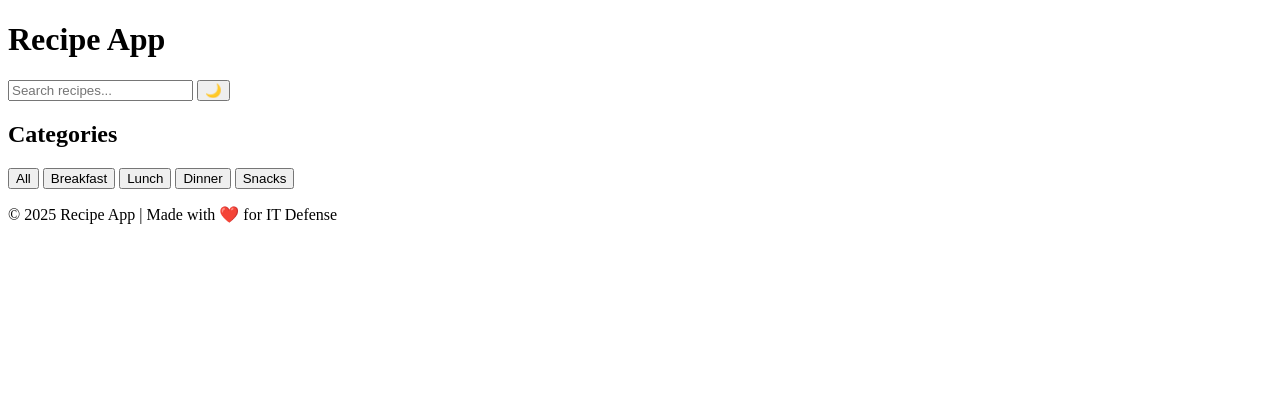
Repository: Patience225/recipe-app
Page: index.html
The author's editor kept a copy of each file at every save. The page is drawn from the files as they stood at one save, then again after the next save.
The browser window is 1280 px wide. The pictures show the whole page.

Above is the page before, as saved 2025-01-27 08:20:33.
Not found: app.js
Not found: style.css

### index.html
<!DOCTYPE html>
<html lang="en">
<head>
  <meta charset="UTF-8">
  <meta name="viewport" content="width=device-width, initial-scale=1.0">
  <title>Recipe App</title>
  <link rel="stylesheet" href="style.css">
</head>
<body>
  <!-- Header -->
  <header>
    <div class="container">
      <h1>Recipe App</h1>
      <input type="text" id="search" placeholder="Search recipes...">
      <button id="theme-toggle">🌙</button>
    </div>
  </header>

  <!-- Main Content -->
  <main>
    <!-- Categories -->
    <section id="categories">
      <h2>Categories</h2>
      <div class="category-buttons">
        <button data-category="All">All</button>
        <button data-category="Breakfast">Breakfast</button>
        <button data-category="Lunch">Lunch</button>
        <button data-category="Dinner">Dinner</button>
        <button data-category="Snacks">Snacks</button>
      </div>
    </section>

    <!-- Recipe List -->
    <section id="recipe-list">
      <!-- Dynamic recipe cards will be inserted here -->
    </section>

    <!-- Recipe Details -->
    <section id="recipe-details" class="hidden">
      <!-- Detailed recipe content will be dynamically added here -->
    </section>
  </main>

  <!-- Footer -->
  <footer>
    <p>&copy; 2025 Recipe App | Made with ❤️ for IT Defense</p>
  </footer>

  <script src="app.js"></script>
</body>
</html>

  <!-- Add this script to the end of your body tag -->
<script>
  if ("serviceWorker" in navigator) {
    window.addEventListener("load", () => {
      navigator.serviceWorker.register("/sw.js").then(
        (registration) => {
          console.log("Service Worker registered with scope:", registration.scope);
        },
        (error) => {
          console.log("Service Worker registration failed:", error);
        }
      );
    });
  }
</script>
</body>
</html>

After the next save:
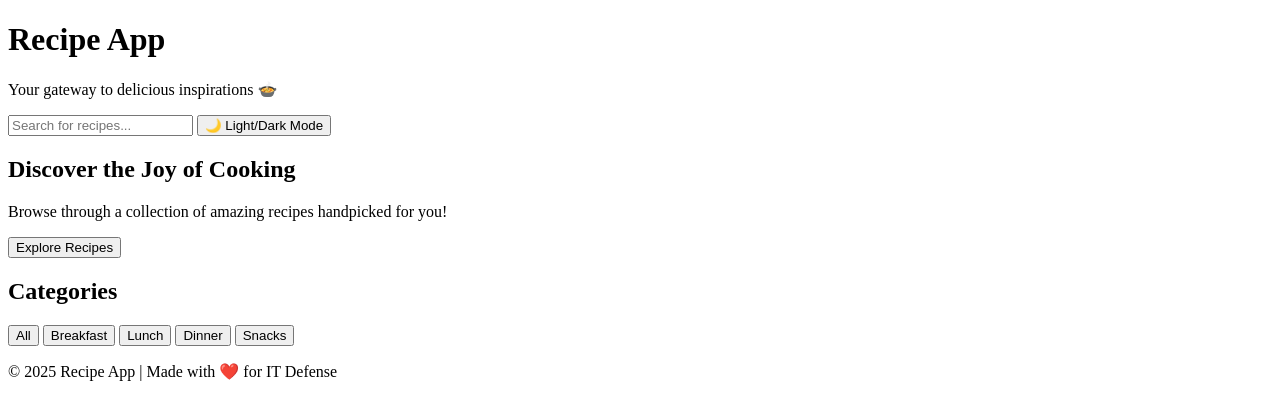
Saved 2 min 46 s later.
--- a/index.html
+++ b/index.html
@@ -4,42 +4,41 @@
   <meta charset="UTF-8">
   <meta name="viewport" content="width=device-width, initial-scale=1.0">
   <title>Recipe App</title>
+  <link href="https://fonts.googleapis.com/css2?family=Poppins:wght@400;600&display=swap" rel="stylesheet">
   <link rel="stylesheet" href="style.css">
 </head>
 <body>
   <!-- Header -->
   <header>
-    <div class="container">
-      <h1>Recipe App</h1>
-      <input type="text" id="search" placeholder="Search recipes...">
-      <button id="theme-toggle">🌙</button>
-    </div>
+    <h1>Recipe App</h1>
+    <p>Your gateway to delicious inspirations 🍲</p>
+    <input type="text" id="search" placeholder="Search for recipes...">
+    <button id="theme-toggle">🌙 Light/Dark Mode</button>
   </header>
 
-  <!-- Main Content -->
-  <main>
-    <!-- Categories -->
-    <section id="categories">
-      <h2>Categories</h2>
-      <div class="category-buttons">
-        <button data-category="All">All</button>
-        <button data-category="Breakfast">Breakfast</button>
-        <button data-category="Lunch">Lunch</button>
-        <button data-category="Dinner">Dinner</button>
-        <button data-category="Snacks">Snacks</button>
-      </div>
-    </section>
+  <!-- Hero Section -->
+  <section class="hero">
+    <h2>Discover the Joy of Cooking</h2>
+    <p>Browse through a collection of amazing recipes handpicked for you!</p>
+    <button id="explore-btn">Explore Recipes</button>
+  </section>
 
-    <!-- Recipe List -->
-    <section id="recipe-list">
-      <!-- Dynamic recipe cards will be inserted here -->
-    </section>
+  <!-- Recipe Categories -->
+  <section id="categories">
+    <h2>Categories</h2>
+    <div class="category-buttons">
+      <button data-category="All">All</button>
+      <button data-category="Breakfast">Breakfast</button>
+      <button data-category="Lunch">Lunch</button>
+      <button data-category="Dinner">Dinner</button>
+      <button data-category="Snacks">Snacks</button>
+    </div>
+  </section>
 
-    <!-- Recipe Details -->
-    <section id="recipe-details" class="hidden">
-      <!-- Detailed recipe content will be dynamically added here -->
-    </section>
-  </main>
+  <!-- Recipe Grid -->
+  <section id="recipe-list">
+    <!-- Dynamic recipe cards will appear here -->
+  </section>
 
   <!-- Footer -->
   <footer>
@@ -49,21 +48,3 @@
   <script src="app.js"></script>
 </body>
 </html>
-
-  <!-- Add this script to the end of your body tag -->
-<script>
-  if ("serviceWorker" in navigator) {
-    window.addEventListener("load", () => {
-      navigator.serviceWorker.register("/sw.js").then(
-        (registration) => {
-          console.log("Service Worker registered with scope:", registration.scope);
-        },
-        (error) => {
-          console.log("Service Worker registration failed:", error);
-        }
-      );
-    });
-  }
-</script>
-</body>
-</html>
